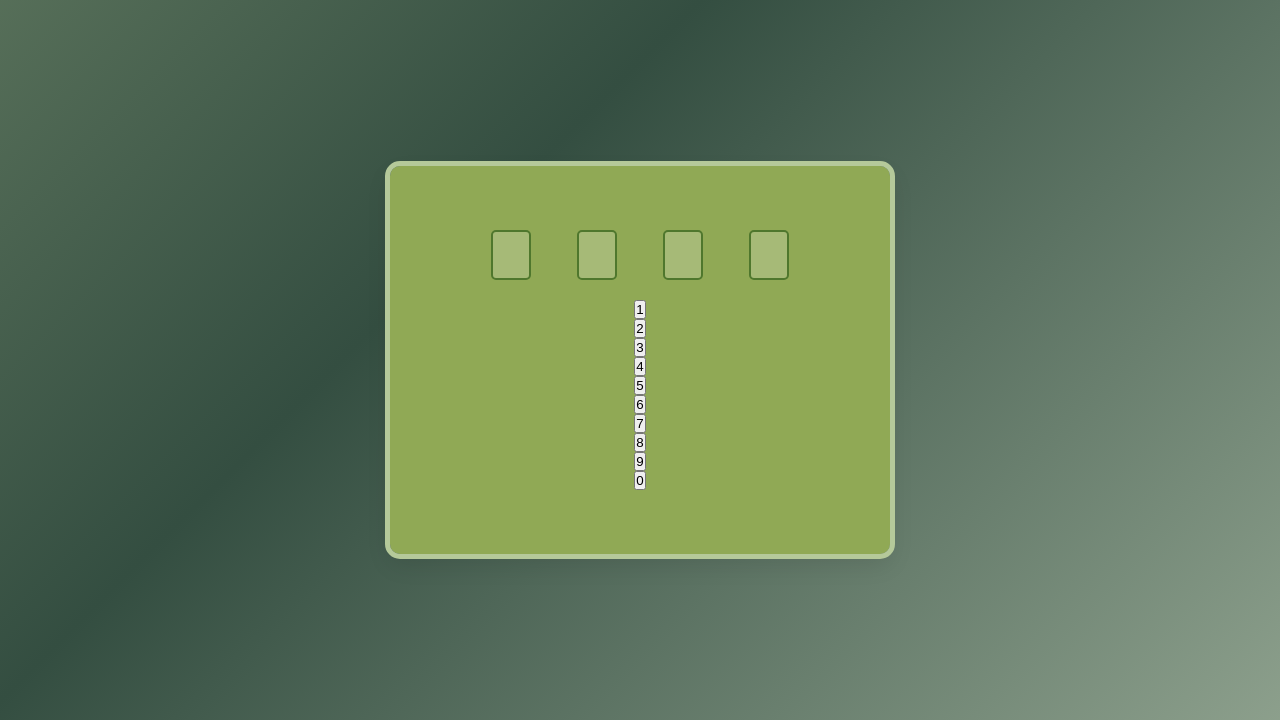
Repository: jahatesu/project-cutie
Page: index.html
These files come from the project's save history. The page is drawn as it stood at one moment and after a run of saves; the edit follows.
The browser window is 1280 px wide. The pictures show the whole page.
Some web libraries are served in a nearby version.

Above is the page before, as saved 2025-08-14 21:01:02.
Console error: TypeError: Cannot read properties of null (reading 'getBoundingClientRect')

### index.html
<!DOCTYPE html>
<html lang="en">
<head>
    <meta charset="UTF-8"
    meta http-equiv="X-UA-Compatible" content="IE=edge">
    <meta name="viewport" content="width=device-width, initial-scale=1.0">
    <title>idk yet</title>
    <link rel="stylesheet" href="https://cdnjs.cloudflare.com/ajax/libs/font-awesome/7.0.0/css/all.min.css">
    <link rel="stylesheet" href="style.css">
</head>

<body>
    <div class="wrapper">
        <!-- <i class="fa-solid fa-heart"></i>
        <h2 class="question">Do you wanna see why I think you’re the cutest?</h2>
        <div class="btn-group">
            <button class="btn-yes">Yes</button>
            <button class="btn-no">No</button>
        </div> -->

        <!-- PIN DISPLAY -->
         <div class="pin-display">
            <div class="pin-box"></div>
            <div class="pin-box"></div>
            <div class="pin-box"></div>
            <div class="pin-box"></div>
         </div>

         <!-- HEART BUTTONS -->
          <button data-num = "1">1</button>
          <button data-num = "2">2</button>
          <button data-num = "3">3</button>
          <button data-num = "4">4</button>
          <button data-num = "5">5</button>
          <button data-num = "6">6</button>
          <button data-num = "7">7</button>
          <button data-num = "8">8</button>
          <button data-num = "9">9</button>
          <button data-num = "0">0</button>
    </div>

    <script src="script.js"></script>


</body>
</html>

### style.css
:root{
    --bg1:#e9f5db;
    --bg2:#90a955;
    --accent:#b5c99a;
    --ink:#232323;
    --splash-duration: 2600ms;
  }

*{
    margin: 0;
    padding: 0;
    box-sizing: border-box;
}

html, body {
    display: flex;
    justify-content: center;
    align-items: center;
    min-height: 100vh;
  width: 100%;
  height:100%;
}

body {
    background: linear-gradient(-45deg, #e9f5db, #344e41, #b5c99a, #23d5ab);
    background-size: 400% 400%;
    animation: gradient 15s ease infinite;
}

@keyframes gradient {
    0% {
        background-position: 0% 50%;
    }
    50% {
        background-position: 100% 50%;
    }
    100% {
        background-position: 0% 50%;
    }
}
.wrapper{
    position: relative;
    width: 90%;
    padding: 5%;
    max-width: 500px;
    margin: 50px 50px;
    height: fit-content;
    /* max-height: 50%; */
    background: #90a955;
    border-radius: 10px;
    display: flex;
    justify-content: center;
    align-items: center;
    box-shadow: 0 10px 25px rgba(0,0,0,0.1);
    flex-direction: column;
    text-align: center;
    outline: 5px solid #b5c99a;
}

.pin-display{
  display: flex;
  justify-content: space-between;
  margin-bottom: 20px;
  width: 80%;
}

.pin-box{
  width: clamp(30px, 9vw, 40px);
  height: clamp(30px, 9vw, 50px);
  border: 2px solid #4f772d;
  border-radius: 5px;
  background: rgba(255,255,255,0.2);
}

.heart-pad{
  display: grid;
   grid-template-columns: repeat(3, 60px);
  gap: 15px;
}

/* .wrapper i {
  font-size: 50px;
  margin-bottom: 10px;
  color: #e9f5db;
}

i{
    font-size:7.5em;
    color: #e9f5db;
    border: 5px solid transparent;
}

h2{
    font-size: 2em;
    color: #e9f5db;
    margin: 15px 0;
}
@media (max-width: 600px) {
  .h2 {
    font-size: 1.2rem;
  }
}

.btn-group{
    width: 100%;
    height: 40px;
    display: flex;
    justify-content: center;
    margin-top: 15px;
}

button {
    position: absolute;
    width: 150px;
    height: inherit;
    font-size: 1.2em;
    color: #e9f5db;
    font-weight: 600;
    border-radius: 30px;
    border: 2px solid #4f772d;
    cursor: pointer;
    box-shadow: 0 5px 15px rgba(0,0,0,0.3);
}

button:nth-child(1){
    margin-left: -200px;
    background: #4f772d;
    color: #b5c99a;
}

button:nth-child(2){
    margin-right: -200px;
    color: #b5c99a;
}

@media (max-width: 400px) {
  .question {
    font-size: 5vw;
  }
  button {
    font-size: 4vw;
  }
} */

### script.js
const wrapper = document.querySelector(".wrapper");
const question = document.querySelector(".question");
const yesBtn = document.querySelector(".btn-yes");
const noBtn = document.querySelector(".btn-no");

const wrapperRect = wrapper.getBoundingClientRect();
const noBtnRect = noBtn.getBoundingClientRect();


yesBtn.addEventListener('click', () => {
    question.innerHTML = 'I knew it! Love you too <3 ';
})

noBtn.addEventListener('mouseover', () => {
    const i = Math.floor(Math.random() * (wrapperRect.width - noBtnRect.width));
    const j = Math.floor(Math.random() * (wrapperRect.height - noBtnRect.height));
    noBtn.style.left = i + "px";
    noBtn.style.top = j + "px";
})

After the next 4 saves:
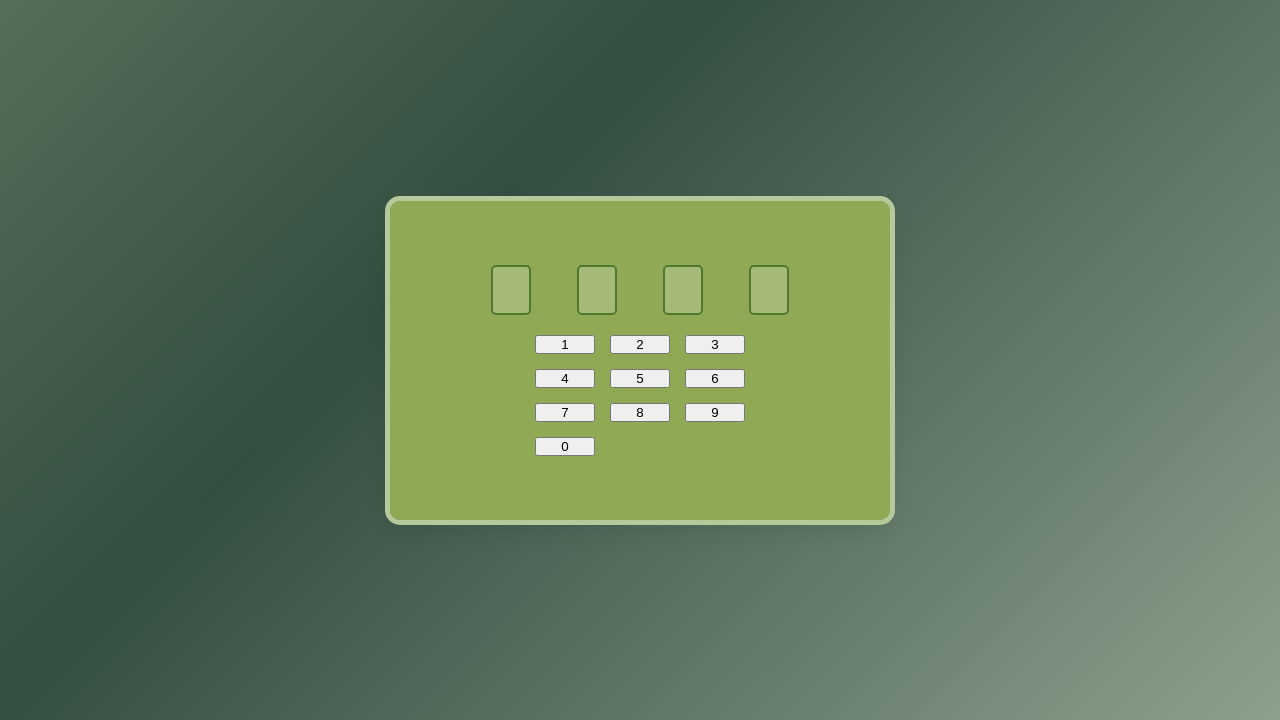
The 4 saves are shown as one change because they came seconds apart.
The last was saved 29 s later.
--- a/index.html
+++ b/index.html
@@ -27,7 +27,8 @@
          </div>
 
          <!-- HEART BUTTONS -->
-          <button data-num = "1">1</button>
+         <div class="heart-pad">
+             <button data-num = "1">1</button>
           <button data-num = "2">2</button>
           <button data-num = "3">3</button>
           <button data-num = "4">4</button>
@@ -37,6 +38,7 @@
           <button data-num = "8">8</button>
           <button data-num = "9">9</button>
           <button data-num = "0">0</button>
+         </div>
     </div>
 
     <script src="script.js"></script>
